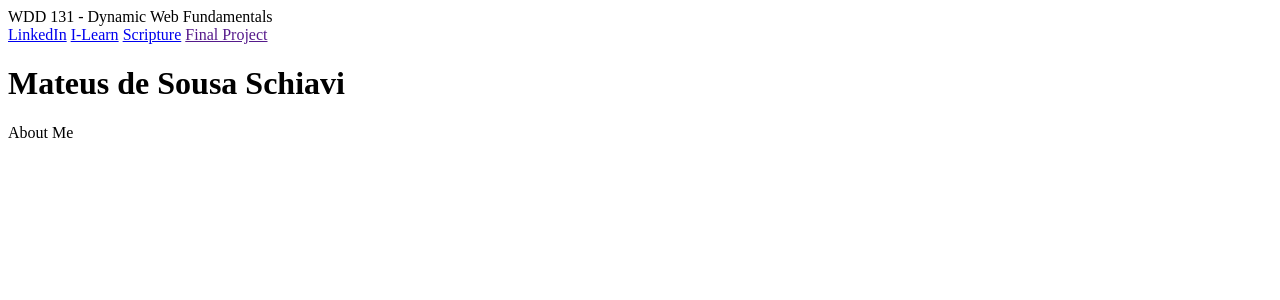
Repository: mateus-schiavi/wdd131
Page: index.html
The author's editor kept a copy of each file at every save. The page is drawn from the files as they stood at one save, then again after the next save.
The browser window is 1280 px wide. The pictures show the whole page.

Above is the page before, as saved 2026-01-10 12:53:19.

After the next save:
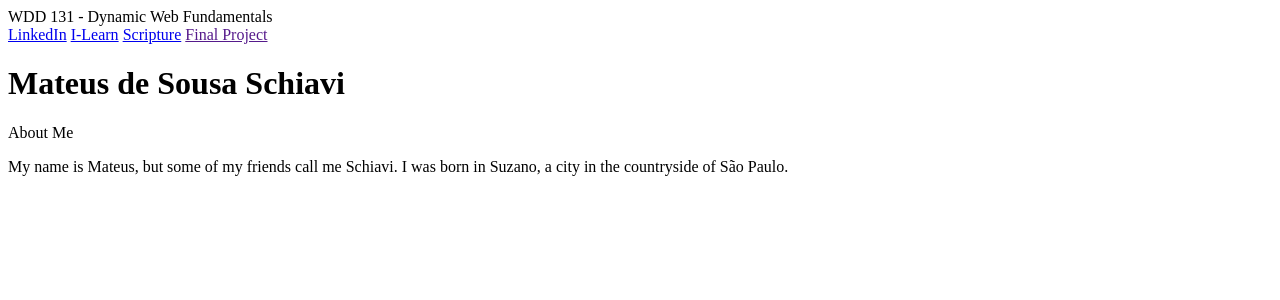
Saved 69 s later.
--- a/index.html
+++ b/index.html
@@ -19,6 +19,10 @@
         <h1>Mateus de Sousa Schiavi</h1>
         <section id="card">
             <header>About Me</header>
+            <p>
+                My name is Mateus, but some of my friends call me Schiavi. I was born in Suzano, a city in the countryside of São Paulo.
+
+            </p>
         </section>
     </main>
     <footer></footer>
